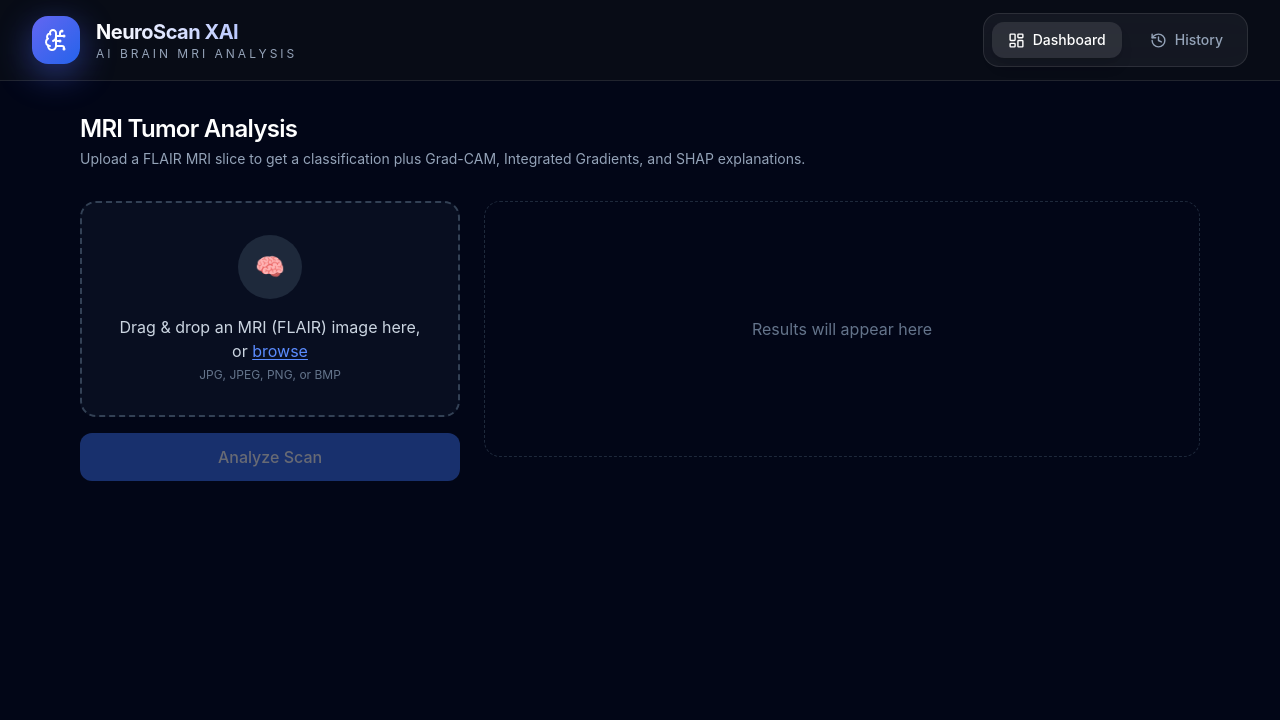
Repository: yashwanth252005/Major_project
Page: / (app in frontend/)
An editor plug-in stored every save of this project. The page is shown before and after the next save, followed by the edit.
The browser window is 1280 px wide. The pictures show the whole page.
The project was rebuilt for these pictures with package versions that can differ from the ones it lists, and the page was loaded fresh each time. Also part of the build but not shown: frontend/vite.config.js, frontend/src/components/ReportImage.jsx, frontend/src/components/ResultPanel.jsx, frontend/src/pages/History.jsx, frontend/src/pages/ScanDetail.jsx.

Above is the page before, as saved 2026-08-07 21:29:33.

After the next save:
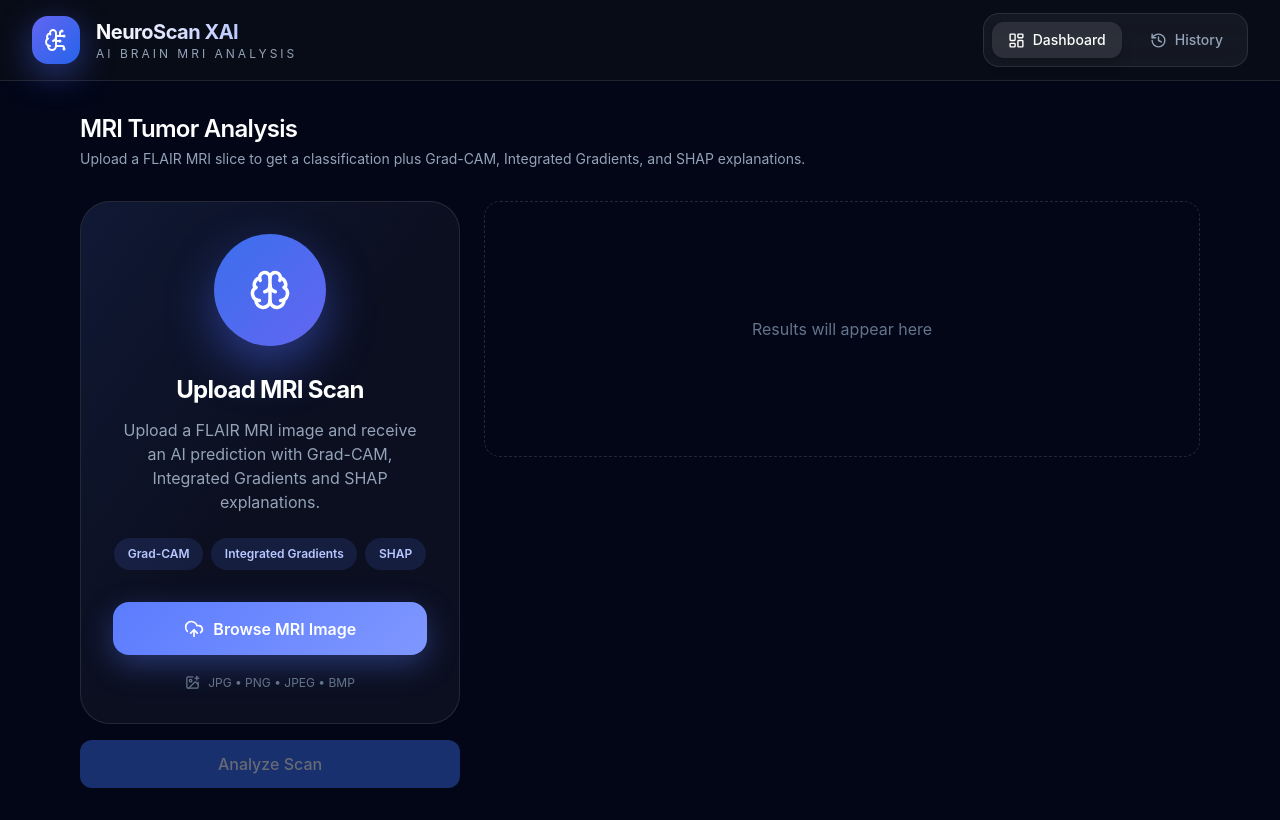
Saved 4 min 18 s later.
--- a/frontend/src/components/UploadCard.jsx
+++ b/frontend/src/components/UploadCard.jsx
@@ -1,21 +1,25 @@
 import { useRef, useState } from "react";
+import { UploadCloud, ImagePlus, Brain } from "lucide-react";
+import { motion } from "framer-motion";
 
 export default function UploadCard({ onFileSelected, disabled }) {
   const inputRef = useRef(null);
+
   const [dragOver, setDragOver] = useState(false);
   const [previewUrl, setPreviewUrl] = useState(null);
 
   function handleFile(file) {
     if (!file) return;
+
     setPreviewUrl(URL.createObjectURL(file));
     onFileSelected(file);
   }
 
   return (
-    <div
-      className={`rounded-2xl border-2 border-dashed p-8 text-center transition ${
-        dragOver ? "border-brand-400 bg-brand-500/10" : "border-slate-700 bg-slate-900/50"
-      }`}
+    <motion.div
+      initial={{ opacity: 0, y: 25 }}
+      animate={{ opacity: 1, y: 0 }}
+      transition={{ duration: 0.45 }}
       onDragOver={(e) => {
         e.preventDefault();
         setDragOver(true);
@@ -26,40 +30,97 @@ export default function UploadCard({ onFileSelected, disabled }) {
         setDragOver(false);
         handleFile(e.dataTransfer.files?.[0]);
       }}
+      className={`relative overflow-hidden rounded-[30px] border transition-all duration-300
+      ${
+        dragOver
+          ? "border-brand-400 bg-brand-500/10 scale-[1.01]"
+          : "border-white/10 bg-white/[0.04]"
+      }`}
     >
-      {previewUrl ? (
-        <img
-          src={previewUrl}
-          alt="Selected MRI scan"
-          className="mx-auto mb-4 h-48 w-48 rounded-xl object-cover"
-        />
-      ) : (
-        <div className="mx-auto mb-4 flex h-16 w-16 items-center justify-center rounded-full bg-slate-800 text-2xl">
-          🧠
+      {/* background glow */}
+
+      <div className="absolute inset-0 bg-gradient-to-br from-brand-500/10 via-transparent to-transparent pointer-events-none" />
+
+      <div className="relative p-8">
+
+        {previewUrl ? (
+          <img
+            src={previewUrl}
+            alt=""
+            className="mx-auto h-64 rounded-2xl shadow-2xl object-contain"
+          />
+        ) : (
+          <div className="flex justify-center">
+
+            <div className="flex h-28 w-28 items-center justify-center rounded-full bg-gradient-to-br from-brand-500 to-indigo-500 shadow-[0_20px_50px_rgba(79,107,255,.45)]">
+
+              <Brain size={42} className="text-white" />
+
+            </div>
+
+          </div>
+        )}
+
+        <h2 className="mt-7 text-center text-2xl font-bold">
+          Upload MRI Scan
+        </h2>
+
+        <p className="mx-auto mt-3 max-w-md text-center text-slate-400">
+          Upload a FLAIR MRI image and receive an AI prediction with
+          Grad-CAM, Integrated Gradients and SHAP explanations.
+        </p>
+
+        <div className="mt-6 flex flex-wrap justify-center gap-2">
+
+          <span className="badge">Grad-CAM</span>
+
+          <span className="badge">Integrated Gradients</span>
+
+          <span className="badge">SHAP</span>
+
         </div>
-      )}
 
-      <p className="text-slate-300">
-        Drag & drop an MRI (FLAIR) image here, or{" "}
         <button
           type="button"
-          className="text-brand-400 underline underline-offset-2"
+          disabled={disabled}
           onClick={() => inputRef.current?.click()}
+          className="btn-primary mt-8 w-full"
+        >
+          <UploadCloud size={20} />
+
+          Browse MRI Image
+        </button>
+
+        <div className="mt-5 flex justify-center gap-2 text-xs text-slate-500">
+
+          <ImagePlus size={15} />
+
+          JPG
+
+          •
+
+          PNG
+
+          •
+
+          JPEG
+
+          •
+
+          BMP
+
+        </div>
+
+        <input
+          ref={inputRef}
+          type="file"
+          accept=".jpg,.jpeg,.png,.bmp"
+          className="hidden"
           disabled={disabled}
-        >
-          browse
-        </button>
-      </p>
-      <p className="mt-1 text-xs text-slate-500">JPG, JPEG, PNG, or BMP</p>
+          onChange={(e) => handleFile(e.target.files?.[0])}
+        />
 
-      <input
-        ref={inputRef}
-        type="file"
-        accept=".jpg,.jpeg,.png,.bmp"
-        className="hidden"
-        disabled={disabled}
-        onChange={(e) => handleFile(e.target.files?.[0])}
-      />
-    </div>
+      </div>
+    </motion.div>
   );
 }
